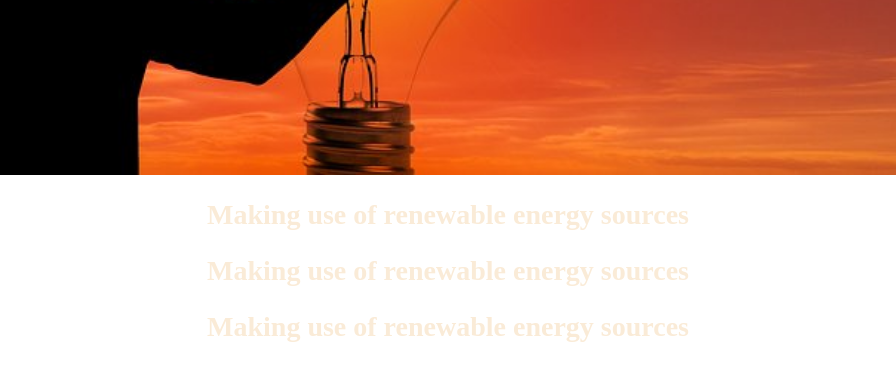
Repository: NavinDayanithi/static-web-design-competition
Page: index.html
An editor plug-in stored every save of this project. The page is shown before and after a run of saves, followed by the edit.
The browser window is 1280 px wide. The pictures show the part of the page from y = 1990 to 3910 px (the page is 2514 px tall before and 4400 px after), at 70% of full size.
Backgrounds fixed to the window are drawn as part of the page.

Above is the page before, as saved 2023-04-28 20:22:15.

After the next 4 saves:
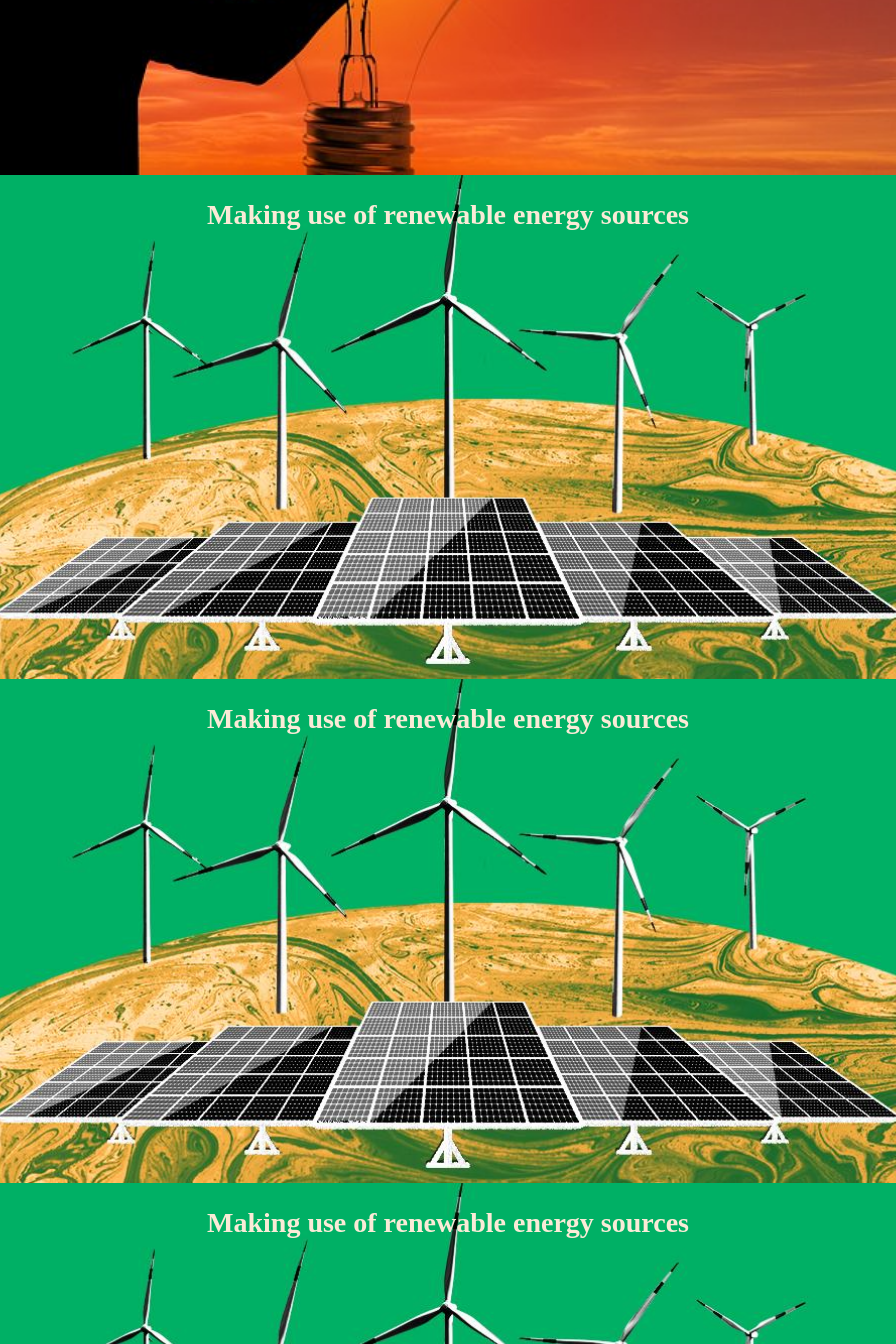
The 4 saves are shown as one change because they came seconds apart.
The last was saved 32 s later.
--- a/styles.css
+++ b/styles.css
@@ -50,3 +50,34 @@ head{
     background-attachment: fixed;
 
 }
+
+
+.box4{
+    height: 100vh;
+    width:100%;
+    background-image: url(img1.jpg);
+    background-size: cover;
+    background-position: center;
+    display: table;
+    background-attachment: fixed;
+}
+
+.box5{
+    height: 100vh;
+    width:100%;
+    background-image: url(img1.jpg);
+    background-size: cover;
+    background-position: center;
+    display: table;
+    background-attachment: fixed;
+}
+
+.box6{
+    height: 100vh;
+    width:100%;
+    background-image: url(img1.jpg);
+    background-size: cover;
+    background-position: center;
+    display: table;
+    background-attachment: fixed;
+}
